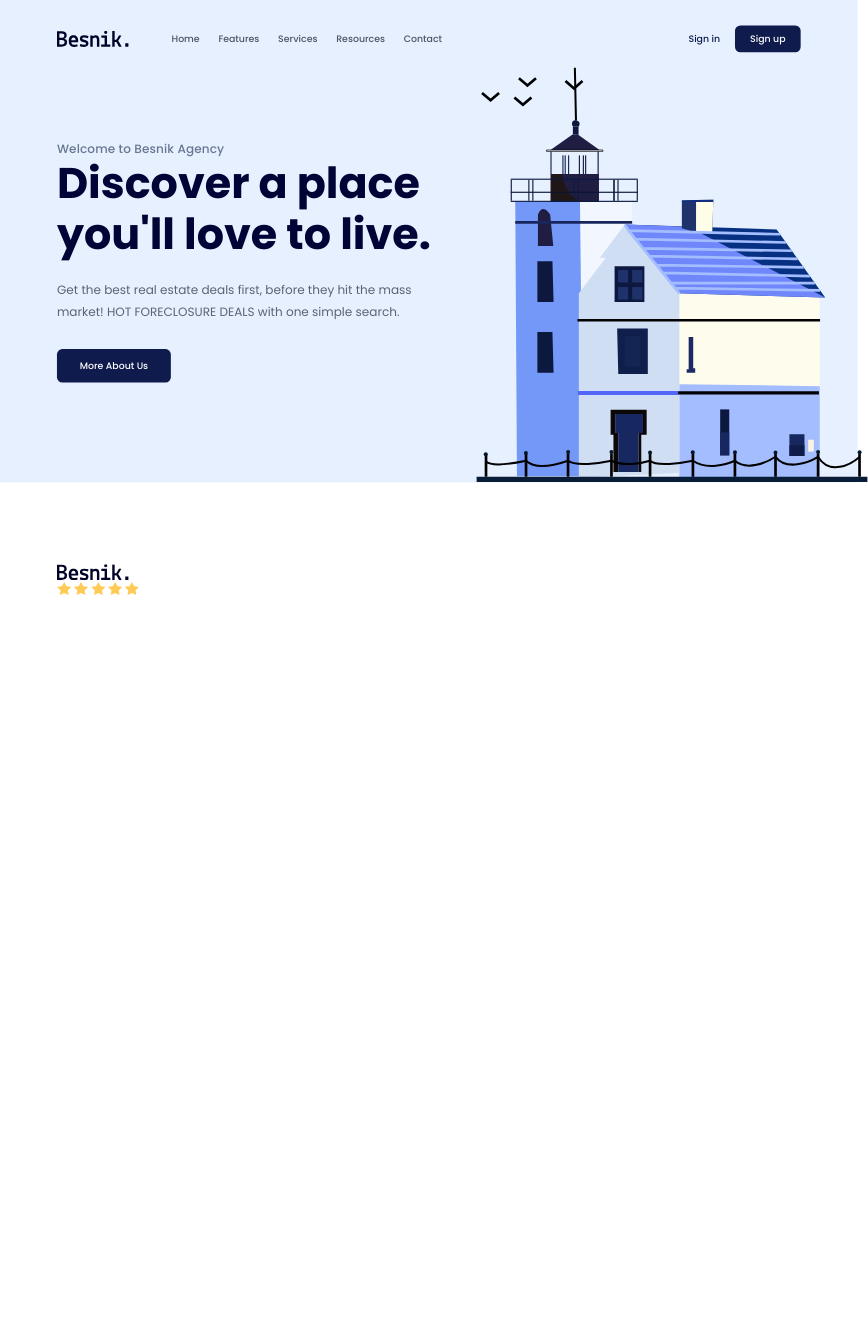
Repository: vancong171001/f8-html-css-01
Page: index.html
These files come from the project's save history. The page is drawn as it stood at one moment and after the next save; the edit follows.
The browser window is 1280 px wide. The page is 1295 px wide, so the pictures cover 1295 px, including what lies to the right of the window. The pictures show the whole page, at 67% of full size.

Above is the page before, as saved 2025-02-20 10:42:01.

### index.html
<!DOCTYPE html>
<html lang="en">
  <head>
    <meta charset="UTF-8" />
    <meta name="viewport" content="width=device-width, initial-scale=1.0" />
    <title>Project 01</title>
    <link rel="stylesheet" href="./assets/css/reset.css" />

    <!-- <link rel="preconnect" href="https://fonts.googleapis.com">
  <link rel="preconnect" href="https://fonts.gstatic.com" crossorigin>
  <link
    href="https://fonts.googleapis.com/css2?family=Poppins:wght@400;500;600;700&family=Roboto:ital,wght@0,100;0,300;0,400;0,500;0,700;0,900;1,100;1,300;1,400;1,500;1,700;1,900&display=swap"
    rel="stylesheet"> -->

    <link rel="stylesheet" href="./assets/fonts/stylesheet.css" />
    <link rel="stylesheet" href="./assets/css/styles.css" />
  </head>

  <body>
    <main style="height: 2000px;">
      <!-- Header -->
      <header class="header">
        <div class="content">
          <nav class="navbar">
            <!-- Logo -->
            <img src="./assets/img/logo.svg" alt="Besnik." />

            <!-- Navigation -->
            <ul>
              <li><a href="#!">Home</a></li>
              <li><a href="#!">Features</a></li>
              <li><a href="#!">Services</a></li>
              <li><a href="#!">Resources</a></li>
              <li><a href="#!">Contact</a></li>
            </ul>

            <!-- Action -->
            <div class="action">
              <a href="#!" class="action-link">Sign in</a>
              <a href="#!" class="btn action-btn">Sign up</a>
            </div>
          </nav>

          <div class="hero">
            <div class="info">
              <p class="sub-title">Welcome to Besnik Agency</p>
              <h1 class="title">Discover a place you'll love to live.</h1>
              <p class="desc">
                Get the best real estate deals first, before they hit the mass
                market! HOT FORECLOSURE DEALS with one simple search.
              </p>
              <a href="#!" class="btn hero-cta">More About Us</a>
            </div>

            <img
              src="./assets/img/hero-img.svg"
              alt="Discover a place you'll love to live."
              class="hero-img"
            />
          </div>
        </div>
      </header>

      <!-- Clients -->
      <div class="clients">
        <div class="content">
          <div class="row">
            <!-- Logo -->
            <img src="./assets/img/logo.svg" alt="Besnik.">

            <!-- Stars -->
            <div class="stars">
              <img src="./assets/img/star.svg" alt="Star">
              <img src="./assets/img/star.svg" alt="Star">
              <img src="./assets/img/star.svg" alt="Star">
              <img src="./assets/img/star.svg" alt="Star">
              <img src="./assets/img/star.svg" alt="Star">
            </div>
          </div>
        </div>
      </div>
    </main>
  </body>
</html>

### assets/fonts/stylesheet.css
/* =============== Poppins ================ */
@font-face {
  font-family: 'Poppins';
  src: url('Poppins/Poppins-BoldItalic.woff2') format('woff2'),
      url('Poppins/Poppins-BoldItalic.woff') format('woff');
  font-weight: bold;
  font-style: italic;
  font-display: swap;
}

@font-face {
  font-family: 'Poppins';
  src: url('Poppins/Poppins-ExtraBold.woff2') format('woff2'),
      url('Poppins/Poppins-ExtraBold.woff') format('woff');
  font-weight: bold;
  font-style: normal;
  font-display: swap;
}

@font-face {
  font-family: 'Poppins';
  src: url('Poppins/Poppins-ExtraBoldItalic.woff2') format('woff2'),
      url('Poppins/Poppins-ExtraBoldItalic.woff') format('woff');
  font-weight: bold;
  font-style: italic;
  font-display: swap;
}

@font-face {
  font-family: 'Poppins';
  src: url('Poppins/Poppins-Bold.woff2') format('woff2'),
      url('Poppins/Poppins-Bold.woff') format('woff');
  font-weight: bold;
  font-style: normal;
  font-display: swap;
}

@font-face {
  font-family: 'Poppins';
  src: url('Poppins/Poppins-Black.woff2') format('woff2'),
      url('Poppins/Poppins-Black.woff') format('woff');
  font-weight: 900;
  font-style: normal;
  font-display: swap;
}

@font-face {
  font-family: 'Poppins';
  src: url('Poppins/Poppins-BlackItalic.woff2') format('woff2'),
      url('Poppins/Poppins-BlackItalic.woff') format('woff');
  font-weight: 900;
  font-style: italic;
  font-display: swap;
}

@font-face {
  font-family: 'Poppins';
  src: url('Poppins/Poppins-ExtraLightItalic.woff2') format('woff2'),
      url('Poppins/Poppins-ExtraLightItalic.woff') format('woff');
  font-weight: 200;
  font-style: italic;
  font-display: swap;
}

@font-face {
  font-family: 'Poppins';
  src: url('Poppins/Poppins-Light.woff2') format('woff2'),
      url('Poppins/Poppins-Light.woff') format('woff');
  font-weight: 300;
  font-style: normal;
  font-display: swap;
}

@font-face {
  font-family: 'Poppins';
  src: url('Poppins/Poppins-Italic.woff2') format('woff2'),
      url('Poppins/Poppins-Italic.woff') format('woff');
  font-weight: normal;
  font-style: italic;
  font-display: swap;
}

@font-face {
  font-family: 'Poppins';
  src: url('Poppins/Poppins-LightItalic.woff2') format('woff2'),
      url('Poppins/Poppins-LightItalic.woff') format('woff');
  font-weight: 300;
  font-style: italic;
  font-display: swap;
}

@font-face {
  font-family: 'Poppins';
  src: url('Poppins/Poppins-Medium.woff2') format('woff2'),
      url('Poppins/Poppins-Medium.woff') format('woff');
  font-weight: 500;
  font-style: normal;
  font-display: swap;
}

@font-face {
  font-family: 'Poppins';
  src: url('Poppins/Poppins-ExtraLight.woff2') format('woff2'),
      url('Poppins/Poppins-ExtraLight.woff') format('woff');
  font-weight: 200;
  font-style: normal;
  font-display: swap;
}

@font-face {
  font-family: 'Poppins';
  src: url('Poppins/Poppins-MediumItalic.woff2') format('woff2'),
      url('Poppins/Poppins-MediumItalic.woff') format('woff');
  font-weight: 500;
  font-style: italic;
  font-display: swap;
}

@font-face {
  font-family: 'Poppins';
  src: url('Poppins/Poppins-SemiBold.woff2') format('woff2'),
      url('Poppins/Poppins-SemiBold.woff') format('woff');
  font-weight: 600;
  font-style: normal;
  font-display: swap;
}

@font-face {
  font-family: 'Poppins';
  src: url('Poppins/Poppins-ThinItalic.woff2') format('woff2'),
      url('Poppins/Poppins-ThinItalic.woff') format('woff');
  font-weight: 100;
  font-style: italic;
  font-display: swap;
}

@font-face {
  font-family: 'Poppins';
  src: url('Poppins/Poppins-SemiBoldItalic.woff2') format('woff2'),
      url('Poppins/Poppins-SemiBoldItalic.woff') format('woff');
  font-weight: 600;
  font-style: italic;
  font-display: swap;
}

@font-face {
  font-family: 'Poppins';
  src: url('Poppins/Poppins-Thin.woff2') format('woff2'),
      url('Poppins/Poppins-Thin.woff') format('woff');
  font-weight: 100;
  font-style: normal;
  font-display: swap;
}

@font-face {
  font-family: 'Poppins';
  src: url('Poppins/Poppins-Regular.woff2') format('woff2'),
      url('Poppins/Poppins-Regular.woff') format('woff');
  font-weight: normal;
  font-style: normal;
  font-display: swap;
}

### assets/css/styles.css
* {
  box-sizing: border-box;
}

:root {
  --primary-color: #0f1b4c;
}

html {
  font-size: 62.5%;
}

body {
  font-size: 1.6rem;
  font-family: "Poppins", "sans-serif";
}

/* Common */
a {
  text-decoration: none;
}

.content {
  width: 1110px;
  max-width: calc(100% - 48px);
  margin-left: auto;
  margin-right: auto;
}

.btn {
  display: inline-block;
  padding: 18px 16px;
  min-width: 98px;
  border-radius: 8px;
  background-color: var(--primary-color);
  font-weight: 500;
  font-size: 1.4rem;
  text-align: center;
  color: white;
}

.btn:hover {
  opacity: 0.9;
}

/* Header */
.header {
  background-color: #e6f0ff;
  height: 100vh;
  position: relative;
}

.navbar {
  display: flex;
  align-items: center;
  padding-top: 38px;
}

.navbar ul {
  display: flex;
  margin-left: 50px;
}

.navbar .action {
  margin-left: auto;
}

.navbar ul a {
  font-weight: 500;
  font-size: 1.4rem;
  color: #4f5361;
  padding: 8px 14px;
}

.navbar ul a:hover {
  text-decoration: underline;
}

.navbar .action-link {
  font-weight: 500;
  font-size: 1.4rem;
  color: var(--primary-color);
}

.navbar .action-btn {
  padding: 13px 16px;
  margin-left: 18px;
}

.hero {
  margin-top: 130px;
}

.hero .info {
  width: 51%;
}

.hero .sub-title {
  color: #687690;
  font-size: 1.8rem;
  font-weight: 500;
  line-height: 1.5;
  letter-spacing: 0.01em;
}

.hero .title {
  color: #000336;
  font-size: 6.4rem;
  font-weight: 700;
  line-height: 1.1875; /* 118.75% */
}

.hero .desc {
  color: #5a6473;
  font-size: 1.8rem;
  font-weight: 400;
  line-height: 1.78; /* 177.778% */
  margin-top: 30px;
}

.hero-cta {
  min-width: 170px;
  margin-top: 40px;
}

.hero-img {
  position: absolute;
  right: calc((100vw - 1110px) / 2 - 100px);
  bottom: 0;
}

/* ======== Client ======== */
.clients {
  margin-top: 122px;
}
.clients . row {
  display: flex;
}

Loaded but not shown: assets/css/reset.css (common file)

After the next save:
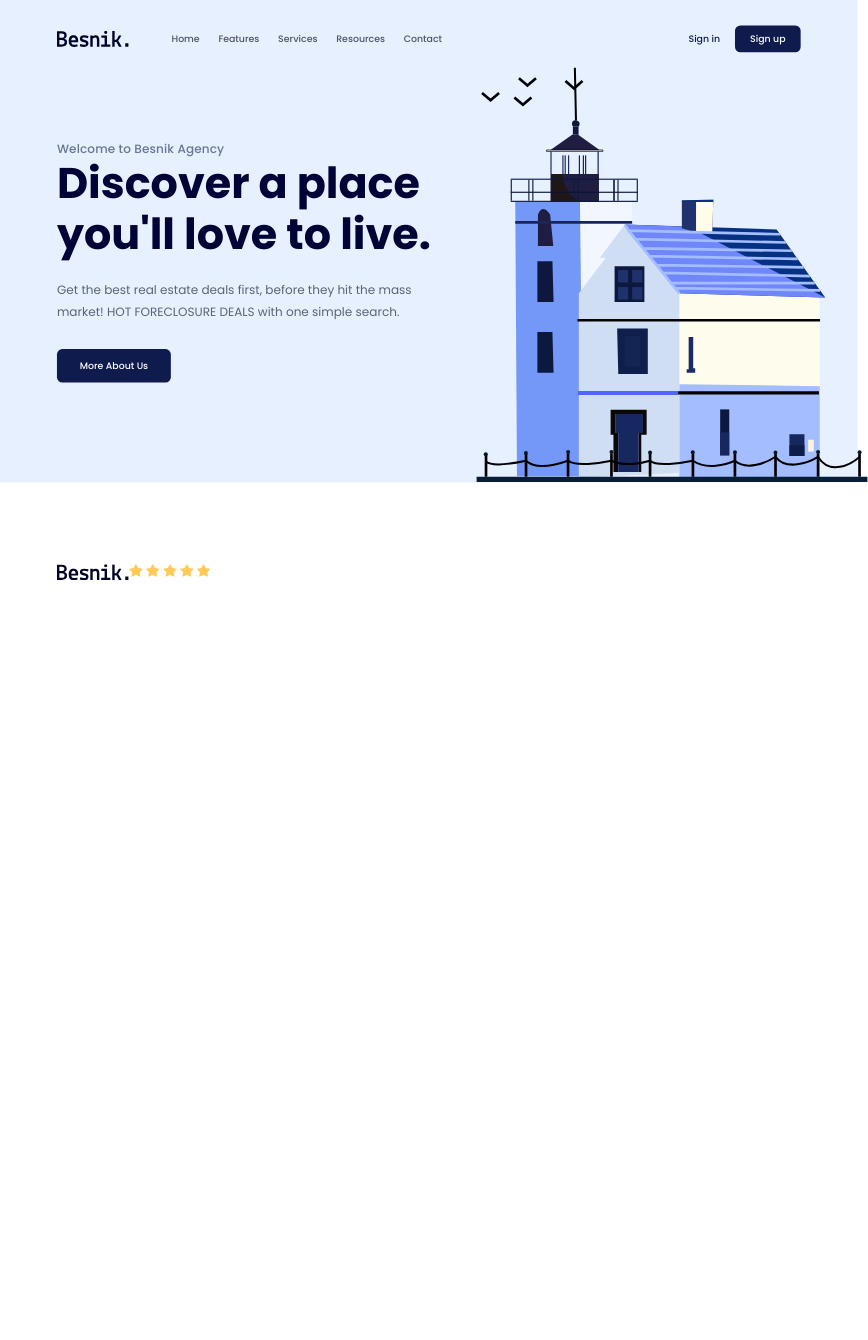
Saved 9 s later.
--- a/assets/css/styles.css
+++ b/assets/css/styles.css
@@ -133,6 +133,6 @@
 .clients {
   margin-top: 122px;
 }
-.clients . row {
+.clients .row {
   display: flex;
 }
